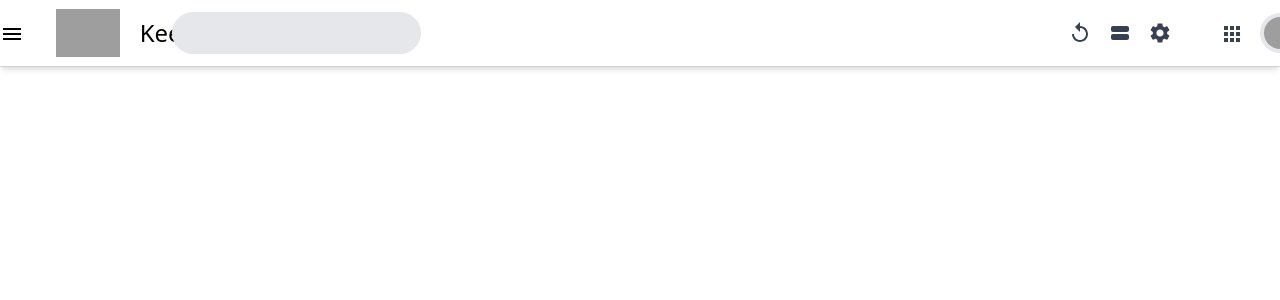
Repository: theanmol-raj/GoogleKeepCloneTutorial
Page: /
These files come from the project's save history. The page is drawn as it stood at one moment and after the next save; the edit follows.
The browser window is 1280 px wide. The pictures show the whole page.
Pictures or frames that could not be fetched are drawn as grey boxes. The project was rebuilt for these pictures with package versions that can differ from the ones it lists, and the page was loaded fresh each time.

Above is the page before, as saved 2022-08-29 20:47:56.

After the next save:
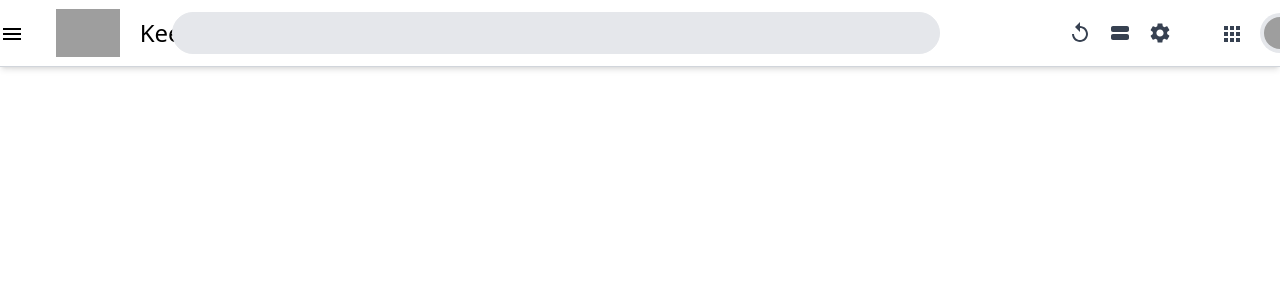
Saved 4 s later.
--- a/src/Components/Navbar.jsx
+++ b/src/Components/Navbar.jsx
@@ -21,7 +21,7 @@
         <h1 className=" capitalize text-2xl text-gray-600/ "> Keep</h1>
       </div>
       <div className="w-full max-w-4xl">
-        <input className={` ${search ? 'bg-white shadow-md' : 'bg-gray-200' }  border rounded-3xl  p-2 max-w-3xl w-full"`} />
+        <input className={` ${search ? 'bg-white shadow-md' : 'bg-gray-200' }  border rounded-3xl  p-2 max-w-3xl w-full `} />
       </div>
       <div className=" flex items-center space-x-10">
         <div className=" flex items-center text-gray-700  text-2xl space-x-4 ">
